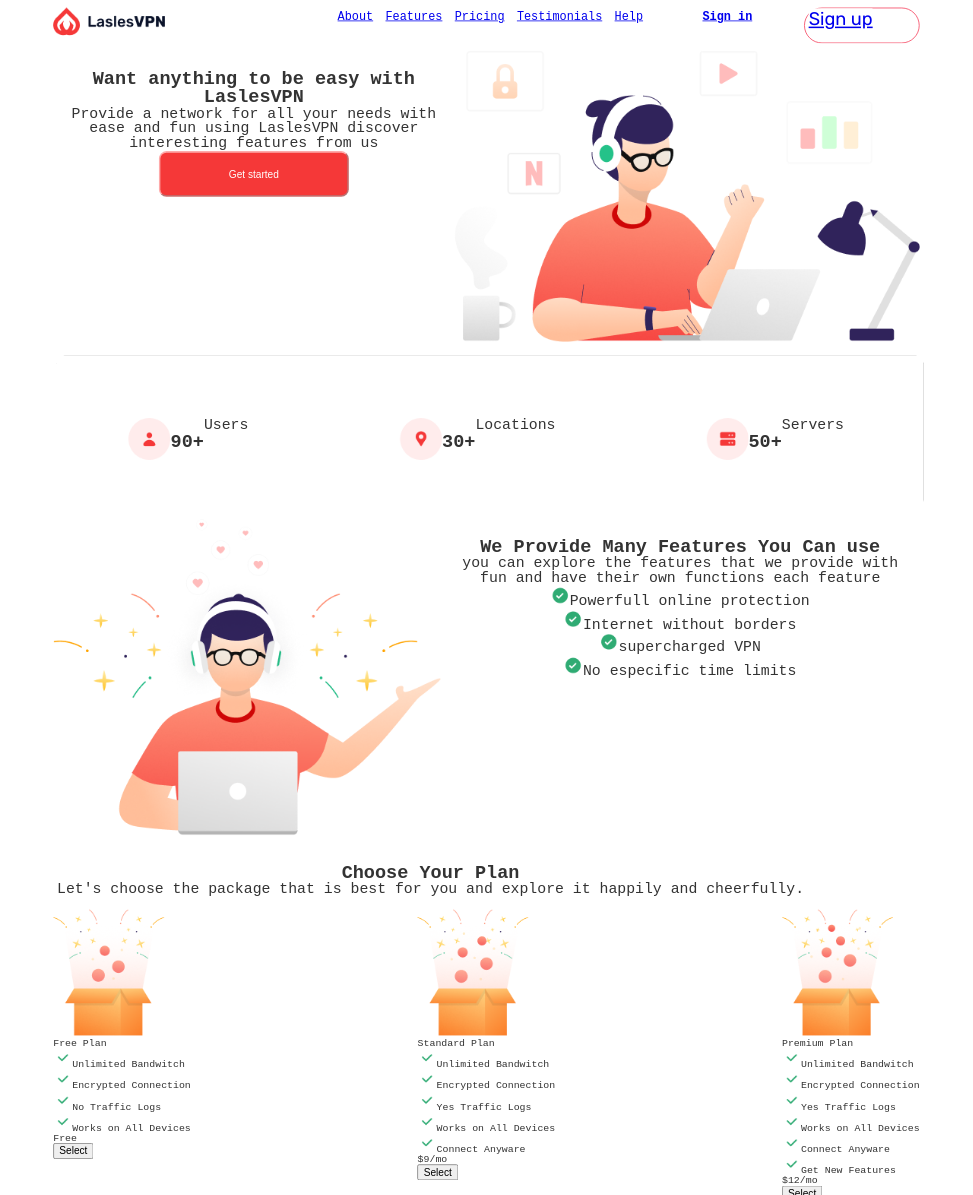
Repository: RaphaelMatheus-br/LP-251123
Page: index.html
These files come from the project's save history. The page is drawn as it stood at one moment and after the next save; the edit follows.
The browser window is 1280 px wide. The pictures show the whole page, at 76% of full size.

Above is the page before, as saved 2023-11-25 14:57:32.

### index.html
<!DOCTYPE html>
<html lang="en">

<head>
    <meta charset="UTF-8">
    <meta name="viewport" content="width=device-width, initial-scale=1.0">
    <title>Document</title>
    <link rel="stylesheet" href="style.css">
    <link rel="preconnect" href="https://fonts.googleapis.com">
<link rel="preconnect" href="https://fonts.gstatic.com" crossorigin>
<link href="https://fonts.googleapis.com/css2?family=Rubik&display=swap" rel="stylesheet">
</head>

<body>

<section class="container flex">
    <header class="header">
        <div class="logo">
            <img src="./imagens/Logo.png" alt="logo">
        </div>
        <div class="item1">
            <a href="#" class="item">About</a>
	        <a href="#" class="item">Features</a>
	        <a href="#" class="item">Pricing</a>
            <a href="#" class="item">Testimonials</a>
            <a href="#" class="item">Help</a>
        </div>
        <div class="head__botao">
            <a href="#" class="item">Sign in</a>
        </div>
        <div class="head__botao--2">
            <a href="#" class="item">Sign up</a>
        </div>
    </header>
</section>

<section class="container flex">
    <div class="item">
        <h1 class="sobre__titulo">Want anything to be easy with LaslesVPN</h1>
        <p class="sobre__descricao">Provide a network for all your needs with ease and fun using LaslesVPN discover interesting features from us</p>
        <button class="sobre__botao">Get started</button>
    </div>
    <div class="img">
        <img src="./imagens/Illustration 1.png" alt="ilutracao__1">
    </div>
</section>

<section class="container">
    <div class="item">
        <div class="rectangle">
            <div class="icons">
                <div class="user">
                    <img src="./imagens/user.png" alt="user__img">
                    <h1 class="sobre__user">90+</h1>
                    <p class="p__user">Users</p>
                </div>
                <div class="location">
                    <img src="./imagens/location.png" alt="location">
                    <h1 class="sobre__location">30+</h1>
                    <p class="p__location">Locations</p>
                </div>
                <div class="server">
                    <img src="./imagens/Server.png" alt="server">
                    <h1 class="sobre__server">50+</h1>
                    <p class="p__server">Servers</p>
                </div>
            </div>
        </div>
    </div>
</section>

<section class="container flex">
    <div class="img">
        <img src="./imagens/Illustration 2.png" alt="ilutracao__2">
    </div>

    <div class="item">
        <h1 class="sobre__titulo">We Provide Many Features You Can use</h1>
        <p class="sobre__descricao">you can explore the features that we provide with fun and have their own functions each feature</p>
        <ul class="list">
            <li><img src="./imagens/check.png" alt="check">Powerfull online protection</img></li>
            <li><img src="./imagens/check.png" alt="check">Internet without borders</img></li>
            <li><img src="./imagens/check.png" alt="check">supercharged VPN</img></li>
            <li><img src="./imagens/check.png" alt="check">No especific time limits</img></li>
        </ul>
    </div>
</section>

<section class="container flex" class="sessao__tres">
    <div class="item">
        <div class="choose__plan">
            <h1>Choose Your Plan</h1>
            <p>Let's choose the package that is best for you and explore it happily and cheerfully.</p>
        </div>
    </div>
</section>

<section class="container flex">

    <div class="free plan">
        <img src="./imagens/Free.png" alt="free">
        <h3>Free Plan</h3>
        <ul>
            <li><img src="./imagens/jam_check.png">Unlimited Bandwitch</li>
            <li><img src="./imagens/jam_check.png">Encrypted Connection</li>
            <li><img src="./imagens/jam_check.png">No Traffic Logs</li>
            <li><img src="./imagens/jam_check.png">Works on All Devices</li>
        </ul>
        <h2>Free</h2>
        <button class="price__botao">Select</button>
    </div>

    <div class="Standard plan">
        <img src="./imagens/Standard.png" alt="standard">
        <h3>Standard Plan</h3>
        <ul>
            <li><img src="./imagens/jam_check.png">Unlimited Bandwitch</li>
            <li><img src="./imagens/jam_check.png">Encrypted Connection</li>
            <li><img src="./imagens/jam_check.png">Yes Traffic Logs</li>
            <li><img src="./imagens/jam_check.png">Works on All Devices</li>
            <li><img src="./imagens/jam_check.png">Connect Anyware</li>
        </ul>
        <h2>$9/mo</h2>
        <button class="price__botao">Select</button>
    </div>

    <div class="Premium plan">
        <img src="./imagens/Premium.png" alt="premium">
        <h3>Premium Plan</h3>
        <ul>
            <li><img src="./imagens/jam_check.png">Unlimited Bandwitch</li>
            <li><img src="./imagens/jam_check.png">Encrypted Connection</li>
            <li><img src="./imagens/jam_check.png">Yes Traffic Logs</li>
            <li><img src="./imagens/jam_check.png">Works on All Devices</li>
            <li><img src="./imagens/jam_check.png">Connect Anyware</li>
            <li><img src="./imagens/jam_check.png">Get New Features</li>
        </ul>
        <h2>$12/mo</h2>
        <button class="price__botao">Select</button>
    </div>
</section>

</body>
</html>

### style.css
html, body, div, span, applet, object, iframe,
h1, h2, h3, h4, h5, h6, p, blockquote, pre,
a, abbr, acronym, address, big, cite, code,
del, dfn, em, img, ins, kbd, q, s, samp,
small, strike, strong, sub, sup, tt, var,
b, u, i, center,
dl, dt, dd, ol, ul, li,
fieldset, form, label, legend,
table, caption, tbody, tfoot, thead, tr, th, td,
article, aside, canvas, details, embed,
figure, figcaption, footer, header, hgroup,
menu, nav, output, ruby, section, summary,
time, mark, audio, video {
	margin: 0;
	padding: 0;
	border: 0;
	font-size: 100%;
	font: inherit;
	vertical-align: baseline;
    background: white;
}
/* HTML5 display-role reset for older browsers */
article, aside, details, figcaption, figure,
footer, header, hgroup, menu, nav, section {
	display: block;
}
body {
	line-height: 1;
}

ol, ul {
	list-style: none;
}
blockquote, q {
	quotes: none;
}
blockquote:before, blockquote:after,
q:before, q:after {
	content: '';
	content: none;
}
table {
	border-collapse: collapse;
	border-spacing: 0;
}

.container {
    max-width: 1140px;
    margin: 0 auto;
    position: relative;
    padding-top: 10px;
    display: flex;
    justify-content: space-between;
    flex: 1;
}

.header {
    display: flex;
    justify-content: space-between;
    flex: 1;
}

.logo {
    padding-right: 157px;
}
/* Flex Item */
.item {
	margin: 5px;
	text-align: center;
	font-size: 1.5em;
}

.item1 {
    margin: 5px;
	text-align: center;
	font-size: 0.8em;
}

.head__botao {
    margin: 5px;
	text-align: center;
	font-size: 0.8em;
    font-weight: 700;
}

.head__botao--2 {
    color: #F53855;
    font-family: Rubik;
    font-size: 16px;
    font-style: normal;
    font-weight: 500;
    line-height: normal;
    width: 150px;
    height: 45px;
    flex-shrink: 0;
    border-radius: 50px;
    border: 1px solid #F53855;
}

h1 {
	text-align: center;
	margin: 20px 0 0 0;
	font-size: 1.25em;
	font-weight: 700;
}

body {
	font-family: monospace;
	color: #333;
}

.row {
	display: flex;
}
.sobre__titulo {
    font-weight: 700;
}

.sobre__descricao {
font-weight: 300;
}

.sobre__botao {
width: 250px;
height: 60px;
flex-shrink: 0;
border-radius: 10px;
border-color: rgba(255, 193, 193, 0.842);
background: #F53838;
color: white;
}

.rectangle {
display: flex;
width: 1140px;
height: 200px;
flex-shrink: 0;
border-radius: 10px;
background: gray;
border-color: white;
justify-content: space-between;
}

.icons {
width: 100%;
height: 100%;
flex-shrink: 0;
display: flex;
align-items: center;
position: absolute;
max-width: 100%;
justify-content: space-around;
background-color: none;
}

.user {
display: flex;;
margin-right: 20px;
margin-left: 10px;
}

.location {
display: flex;;
margin-right: 20px;
margin-left: 10px;
}

.server {
display: flex;;
margin-right: 20px;
margin-left: 10px;
}

.item__dois {
    flex-direction: row-reverse;
}

.sessao__tres{
    background-color: grey;
    align-content: center;
    padding-top: 50px;
}

After the next save:
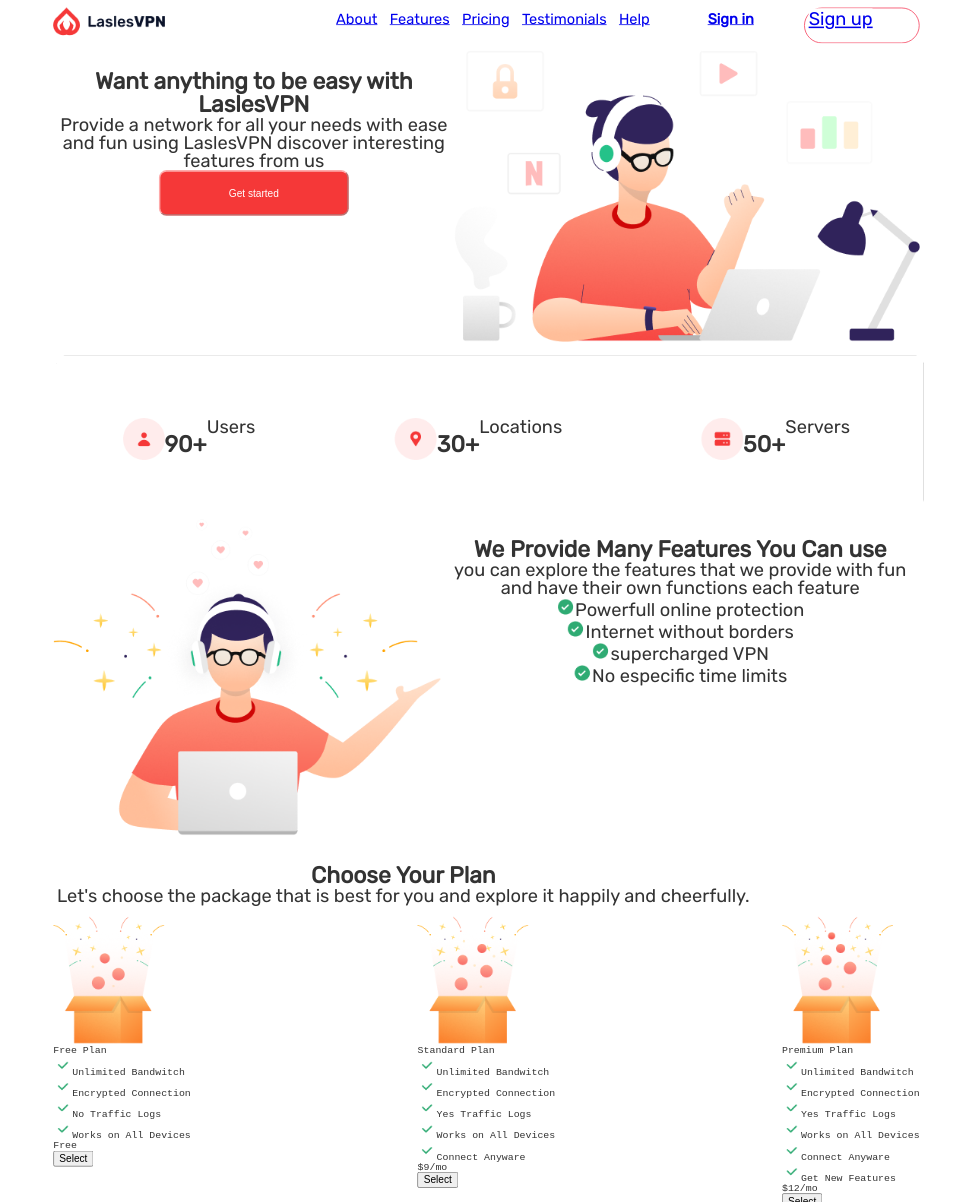
Saved 22 s later.
--- a/style.css
+++ b/style.css
@@ -68,6 +68,7 @@
 	margin: 5px;
 	text-align: center;
 	font-size: 1.5em;
+    font-family: Rubik;
 }
 
 .item1 {
